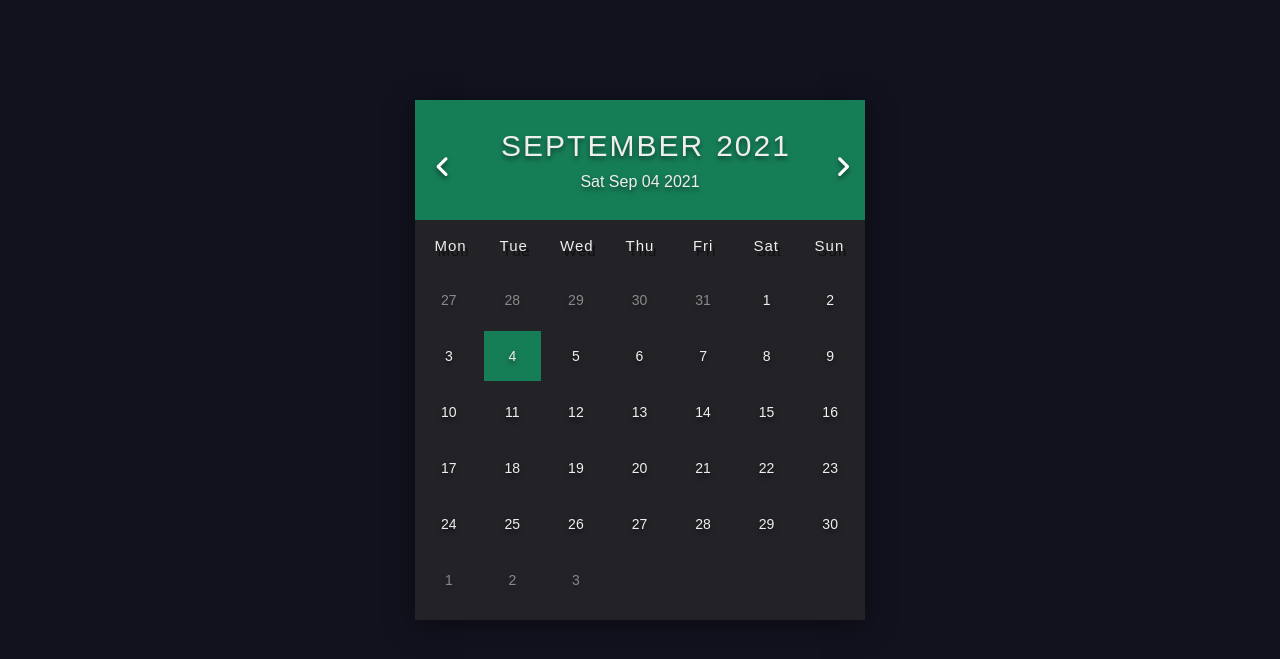
Repository: dboinska/calendar
Page: index.html
These files come from the project's save history. The page is drawn as it stood at one moment and after the next save; the edit follows.
The browser window is 1280 px wide. The pictures show the whole page.
Some web libraries are served in a nearby version.

Above is the page before, as saved 2021-09-08 00:12:04.

### index.html
<!DOCTYPE html>
<html lang="en">
  <head>
    <meta charset="UTF-8" />
    <meta http-equiv="X-UA-Compatible" content="IE=edge" />
    <meta name="viewport" content="width=device-width, initial-scale=1.0" />
    <title>Calendar</title>
    <script
      src="https://kit.fontawesome.com/5567926149.js"
      crossorigin="anonymous"
    ></script>
    <link rel="stylesheet" href="style.css" />
  </head>
  <body>
    <div class="container">
      <div class="calendar">
        <div class="month">
          <i class="fas fa-angle-left prev"></i>
          <div class="date">
            <div class="header">
              <h1></h1>
              <h2></h2>
            </div>
            <p class="currentDate"></p>
          </div>
          <i class="fas fa-angle-right next"></i>
        </div>
        <div class="weekdays">
          <div>Mon</div>
          <div>Tue</div>
          <div>Wed</div>
          <div>Thu</div>
          <div>Fri</div>
          <div>Sat</div>
          <div>Sun</div>
        </div>
        <div class="days"></div>
      </div>
    </div>
    <script src="script.js"></script>
  </body>
</html>

### style.css
* {
  margin: 0;
  padding: 0;
  box-sizing: border-box;
  font-family: "Quicksand", sans-serif;
}

html {
  font-size: 62.5%;
}

.container {
  width: 100%;
  height: 100vh;
  background-color: #12121f;
  color: #eee;
  display: flex;
  justify-content: center;
  align-items: center;
}

.calendar {
  width: 45rem;
  height: 52rem;
  background-color: #222227;
  box-shadow: 0 0.5rem 3rem rgba(0, 0, 0, 0.4);
}

.fas {
  height: 10px;
  width: 10px;
  color: white;
}

.month {
  width: 100%;
  height: 12rem;
  background-color: #167e56;
  display: flex;
  justify-content: space-between;
  align-items: center;
  padding: 0 2rem;
  text-align: center;
  text-shadow: 0 0.3rem 0.5rem rgba(0, 0, 0, 0.5);
}

.month i {
  font-size: 2.5rem;
  cursor: pointer;
}

.month h1,
h2 {
  font-size: 3rem;
  font-weight: 400;
  text-transform: uppercase;
  letter-spacing: 0.2rem;
  margin-bottom: 1rem;
  padding-left: 1.2rem;
}

.month p {
  font-size: 1.6rem;
}

.weekdays {
  width: 100%;
  height: 5rem;
  padding: 0 0.4rem;
  display: flex;
  align-items: center;
}

.weekdays div {
  font-size: 1.5rem;
  font-weight: 400;
  letter-spacing: 0.1rem;
  width: calc(44.2rem / 7);
  display: flex;
  justify-content: center;
  align-items: center;
  text-shadow: 0.3rem 0.5rem rgba(0, 0, 0, 0.5);
}

.days {
  width: 100%;
  display: flex;
  flex-wrap: wrap;
  padding: 0.2rem;
}

.days div {
  font-size: 1.4rem;
  margin: 0.3rem;
  width: calc(40.3rem / 7);
  height: 5rem;
  display: flex;
  justify-content: center;
  align-items: center;
  text-shadow: 0 0.3rem 0.5rem rgba(0, 0, 0, 0.5);
  transition: all 0.5s ease;
}

.days div:hover:not(.today) {
  background-color: #777;
  color: black;
  cursor: pointer;
  transition: all 0.5s ease;
}

.prev-date,
.next-date {
  opacity: 0.5;
}

.header {
  display: flex;
}

.clickedDay {
  background-color: #167e56;
}

p.currentDate {
  cursor: pointer;
}

### script.js
// const monthDays = document.querySelector(".days");
const date = new Date();
const renderCalendar = () => {
  const monthDays = document.querySelector(".days");
  const d = new Date(date.getFullYear(), date.getMonth() + 1, 0);
  const lastDay = new Date(
    date.getFullYear(),
    date.getMonth() + 1,
    0
  ).getDate();
  const prevLastDay = new Date(
    date.getFullYear(),
    date.getMonth(),
    0
  ).getDate();
  const firstDayIndex = date.getDay();
  const lastDayIndex = new Date(
    date.getFullYear(),
    date.getMonth(),
    0
  ).getDay();
  //console.log(lastDayIndex);
  //console.log(lastDay);

  const nextDays = 7 - lastDayIndex - 1;
  const months = [
    "January",
    "February",
    "March",
    "April",
    "May",
    "June",
    "July",
    "August",
    "September",
    "October",
    "November",
    "December",
  ];

  document.querySelector(".date h1").textContent = months[date.getMonth()];
  document.querySelector(".date h2").textContent = date.getFullYear();
  document.querySelector(".date p").textContent = new Date().toDateString();

  // monthDays = "";
  //let days = "";

  monthDays.replaceChildren();

  if (lastDayIndex !== 0) {
    for (let x = firstDayIndex - 1; x > 0; x--) {
      const div = document.createElement("div");
      div.textContent = prevLastDay - x + 1;
      div.className = "prev-date";
      monthDays.appendChild(div);
      //days += `<div class="prev-date">${prevLastDay - x + 1}</div>`;
    }
    //  console.log(firstDayIndex - 1, "nie poniedziałek");
  }

  for (let i = 1; i < lastDay + 1; i++) {
    if (
      i === new Date().getDate() &&
      date.getMonth() === new Date().getMonth()
    ) {
      const div = document.createElement("div");
      div.textContent = i;
      div.className = "today clickedDay";
      monthDays.appendChild(div);
      //days += `<div class="today">${i}</div>`;
    } else {
      let div = document.createElement("div");
      div.textContent = i;
      monthDays.appendChild(div);
      // days += `<div>${i}</div>`;
    }

    //monthDays.innerHTML = days;
  }
  // console.log(
  //   "next days",
  //   nextDays,
  //   "last day index",
  //   lastDayIndex,
  //   "firstdayindex",
  //   firstDayIndex,
  //   "prevlastday",
  //   prevLastDay,
  //   "d",
  //   d.getDay()
  // );
  //for (let j = 1; j <= nextDays - 1; j++) {

  if (d.getDay() !== 0) {
    for (let j = 1; j <= 7 - d.getDay(); j++) {
      console.log(d.getDay(), j);
      let div = document.createElement("div");
      div.textContent = j;
      div.className = "next-date";
      monthDays.appendChild(div);
      // days += `<div class="next-date">${j}</div>`;
      //monthDays.innerHTML = days;
    }
  }

  monthDays.addEventListener("click", (event) => {
    //console.log(event.currentTarget, event.target.textContent);

    const today = document.querySelector(".today");
    if (today) {
      today.classList.remove("clickedDay");
    }
    const findClickedDay = [...monthDays.childNodes].find((day) => {
      return day.classList.contains("clickedDay");
    });
    if (
      findClickedDay &&
      !event.target.classList.contains("days") &&
      !event.target.classList.contains("prev-date") &&
      !event.target.classList.contains("next-date")
    ) {
      findClickedDay.classList.remove("clickedDay");
    }

    if (
      !event.target.classList.contains("days") &&
      !event.target.classList.contains("prev-date") &&
      !event.target.classList.contains("next-date")
    ) {
      event.target.classList.add("clickedDay");
    }
  });
  // const days = [...document.querySelectorAll(".days div")];
  // function clickDay(day) {
  //   days.addEventListener("click", () => {
  //     day.classList.add("clickedDay");
  //   });
  // }
  // console.log(days);
};
// date.setDate(1);
// console.log(date.getDay());
// const month = date.getMonth();
// console.log(month);

function backToPrevMonth() {
  date.setMonth(date.getMonth() - 1);
  //console.log("month", date.getMonth());
  renderCalendar();
}

function goToNextMonth() {
  date.setMonth(date.getMonth() + 1);
  //console.log("month", date.getMonth());
  renderCalendar();
}

const prevMonth = document.querySelector(".prev");
const nextMonth = document.querySelector(".next");

prevMonth.addEventListener("click", backToPrevMonth);

document.addEventListener("keydown", function (e) {
  if (e.keyCode == "37") {
    backToPrevMonth();
  }
});

nextMonth.addEventListener("click", goToNextMonth);

document.addEventListener("keydown", function (e) {
  if (e.keyCode == "39") {
    goToNextMonth();
  }
});

const currentDate = document.querySelector(".currentDate");

currentDate.addEventListener("click", (event) => {
  //console.log(" p clicked");
  const today = document.querySelector(".today");
  const monthDays = document.querySelector(".days");

  const findClickedDay = [...monthDays.childNodes].find((day) => {
    return day.classList.contains("clickedDay");
  });
  if (findClickedDay) {
    findClickedDay.classList.remove("clickedDay");
    today.classList.add("clickedDay");
  }
});

renderCalendar();

After the next save:
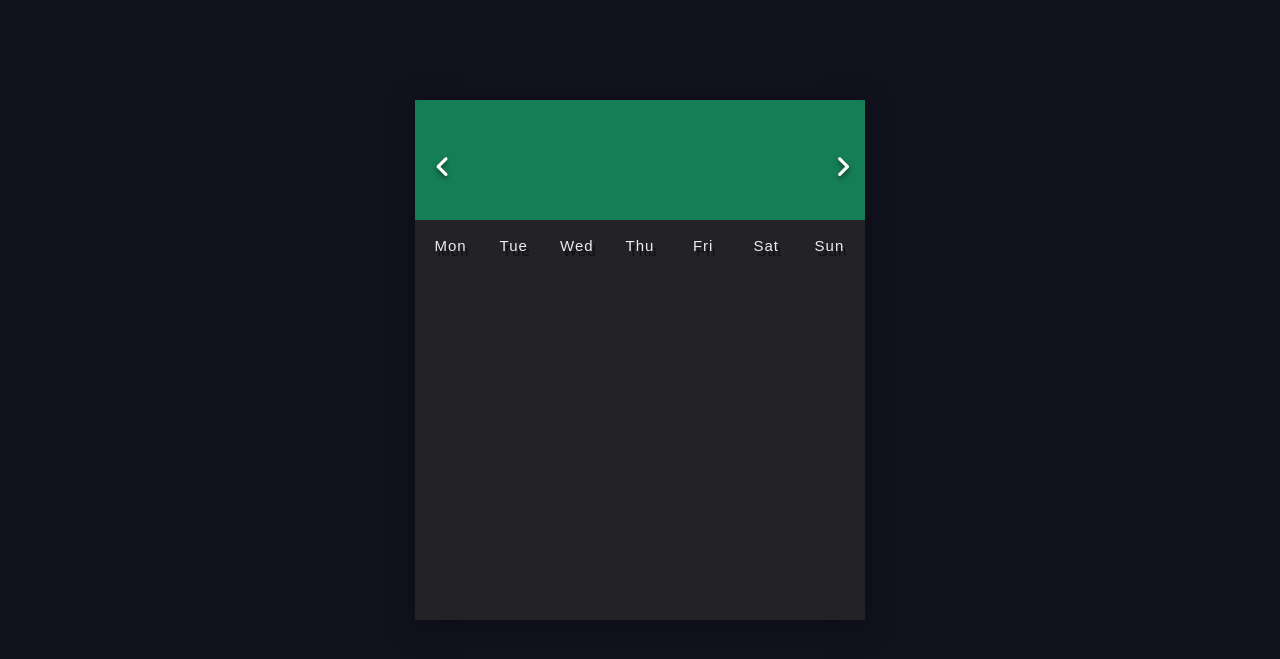
Console error: SyntaxError: Unexpected number
Saved 8 s later.
--- a/script.js
+++ b/script.js
@@ -48,7 +48,7 @@
   monthDays.replaceChildren();
 
   if (lastDayIndex !== 0) {
-    for (let x = firstDayIndex - 1; x > 0; x--) {
+    for (let x = firstDayIndex -2 1; x > 0; x--) {
       const div = document.createElement("div");
       div.textContent = prevLastDay - x + 1;
       div.className = "prev-date";

After the save that followed:
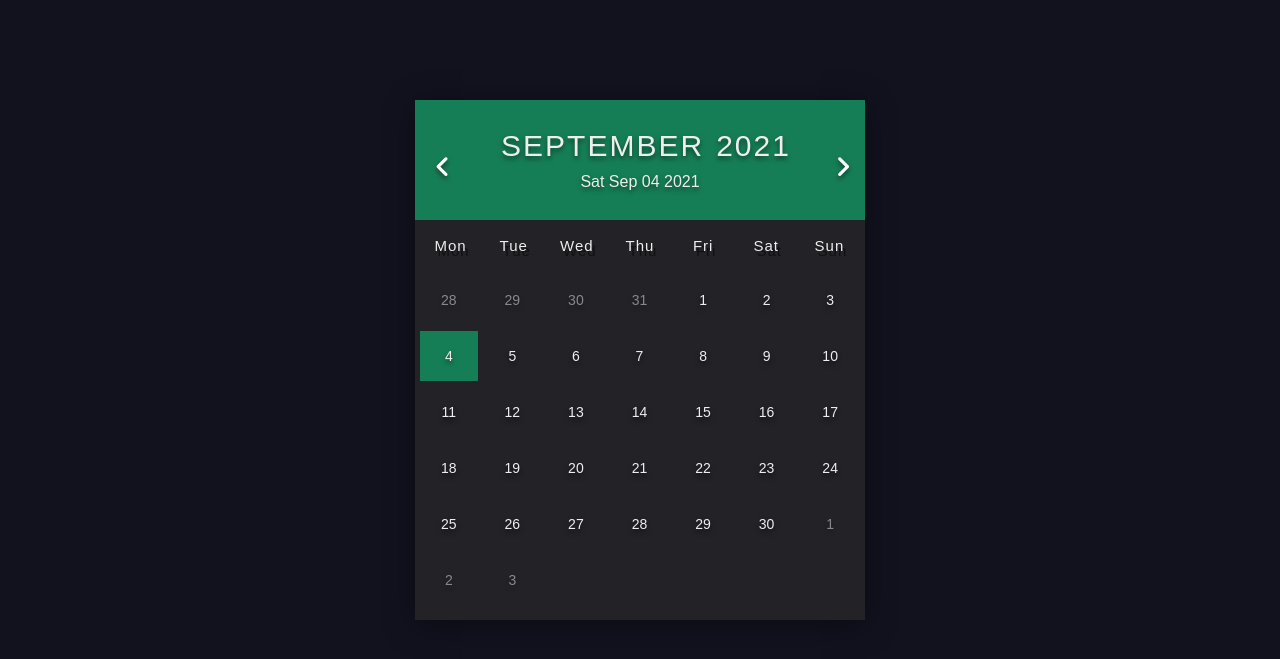
The error is gone.
Saved 4 s later.
--- a/script.js
+++ b/script.js
@@ -48,7 +48,7 @@
   monthDays.replaceChildren();
 
   if (lastDayIndex !== 0) {
-    for (let x = firstDayIndex -2 1; x > 0; x--) {
+    for (let x = firstDayIndex - 2; x > 0; x--) {
       const div = document.createElement("div");
       div.textContent = prevLastDay - x + 1;
       div.className = "prev-date";
